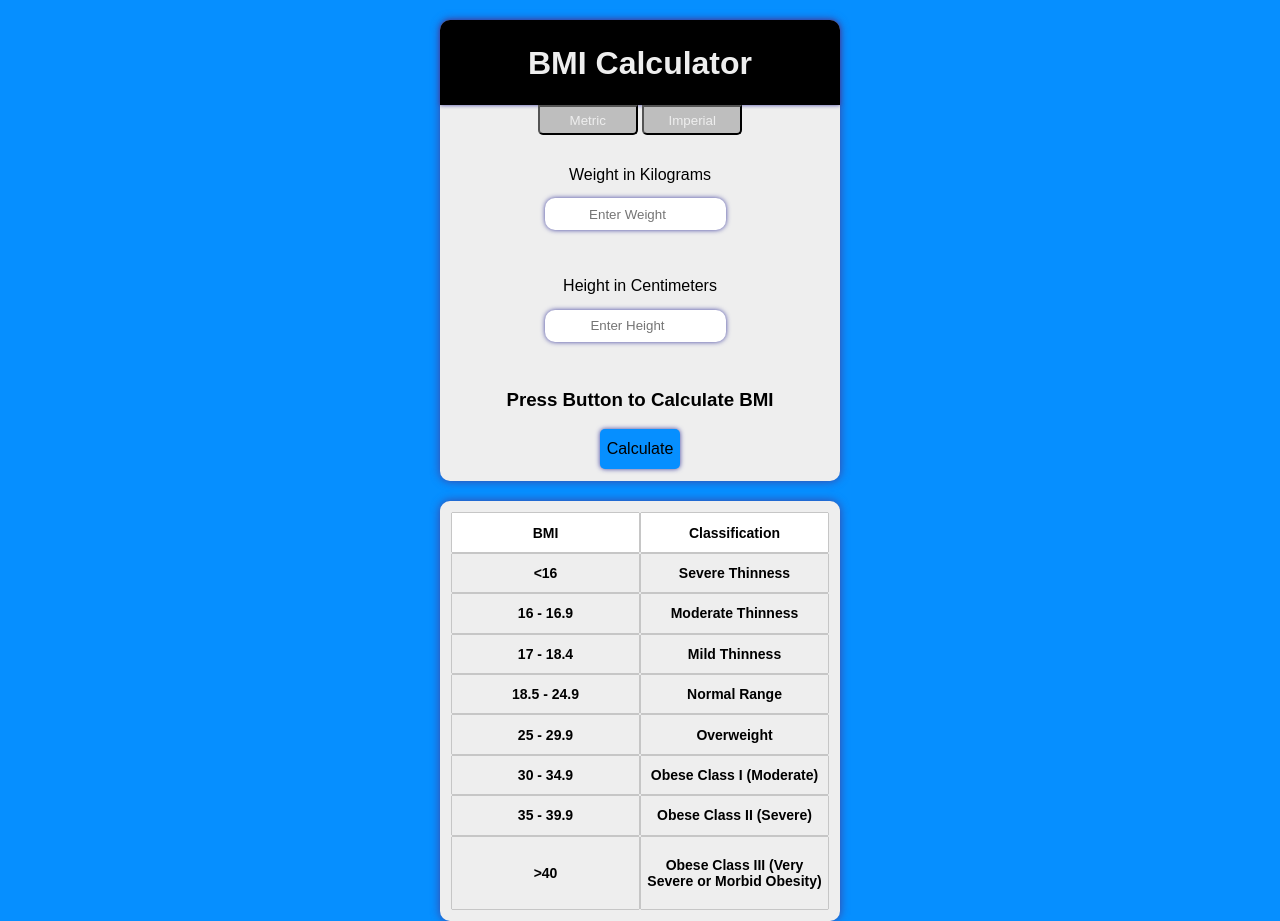
Repository: shayanabedi98/bmi-calculator
Page: index.html
An editor plug-in stored every save of this project. The page is shown before and after the next save, followed by the edit.
The browser window is 1280 px wide. The pictures show the whole page.

Above is the page before, as saved 2023-07-24 20:18:41.

### index.html
<!DOCTYPE html>
<html lang="en">
<head>
    <meta charset="UTF-8">
    <meta name="viewport" content="width=device-width, initial-scale=1.0">
    <title>BMI Calculator</title>
    <link rel="stylesheet" href="styles.css">
</head>
<body>
    <div class="container">
        <div class="card">
            <div class="system">
                <h1>BMI Calculator</h1>
                <button>Metric</button>
                <button>Imperial</button>
            </div>
            <div class="Metric">
                <div class="weight">
                    <label class="weight" for="weight">Weight in Kilograms</label>
                    <input id="kg" type="number" placeholder="Enter Weight">
                </div>
                <div class="height">
                    <label class="height" for="height">Height in Centimeters</label>
                    <input type="number" placeholder="Enter Height" id="cm">
                </div>
                <div class="result">
                    <h3>Press Button to Calculate BMI</h3>
                    <button onclick="calc()" class="calculate">Calculate</button>
                </div>
            </div>
            <div class="imperial">
                <h1>BMI Calculator</h1>
                <div class="weight">
                    <label for="weight"> Weight in Pounds</label>
                    <input type="number" id="lbs">
                </div>
                <div class="height">
                    <label for="height">Height in Feet</label>
                    <input type="number" placeholder="Enter Feet" id="ft">
                    <input type="number" placeholder="Enter Inches" id="in">
                </div>
            </div>
        </div>
        <div class="card chart">
            <div class="bmi-chart">
                <table bgcolor=''>
                    <tr bgcolor="#ffffff" align="center">
                        <th width="100">BMI</th>
                        <th width="100">Classification</th>
                    </tr>
                    <tr bgcolor="EEEEEE">
                        <th>&lt;16</th>
                        <th>Severe Thinness</th>
                    </tr>
                    <tr bgcolor="EEEEEE">
                        <th>16 - 16.9</th>
                        <th>Moderate Thinness</th>
                    </tr>
                    <tr bgcolor="EEEEEE">
                        <th>17 - 18.4</th>
                        <th>Mild Thinness</th>
                    </tr>
                    <tr bgcolor="EEEEEE">
                        <th>18.5 - 24.9</th>
                        <th>Normal Range</th>
                    </tr>
                    <tr bgcolor="EEEEEE">
                        <th>25 - 29.9</th>
                        <th>Overweight</th>
                    </tr>
                    <tr bgcolor="EEEEEE">
                        <th>30 - 34.9</th>
                        <th>Obese Class I (Moderate)</th>
                    </tr>
                    <tr bgcolor="EEEEEE">
                        <th>35 - 39.9</th>
                        <th>Obese Class II (Severe)</th>
                    </tr>
                    <tr bgcolor="EEEEEE">
                        <th>&gt;40</th>
                        <th>Obese Class III (Very Severe or Morbid Obesity)</th>
                    </tr>
                </table>
            </div>
        </div>
    </div>
    <script src="index.js"></script>
</body>
</html>

### styles.css

body {
    background-color: #068FFF;
    font-family: sans-serif;
    text-align: center;
    padding: 0;
    margin: 0;
}

h1 {
    margin-top: 0;
    margin-bottom: 0;
    background-color: #000000;
    color: #EEEEEE;
    border-radius: 10px 10px 0 0;
    height: 60px;
    padding-top: 25px;
    box-shadow: 0 0 4px 0 #4141a0;
}

h2 {
    margin-top: 0;
    margin-bottom: 10px;
}

.container {
    display: inline-block;
}

.card {
    background-color: #EEEEEE;
    width: 400px;
    border-radius: 10px;
    margin-left: auto;
    margin-top: 5%;
    box-shadow: 0 0 10px 0 #4141a0;
}

.chart {
    padding: 10px;
    width: 380px;
}

table {
    width: 100%;
    height: 400px;
    font-size: 14px;
}

th {
    box-shadow: 0 0 1px 0 black;
}

.system button {
    background-color: #bebebe;
    color: #EEEEEE;
    width: 100px;
    height: 30px;
    cursor: pointer;
    border-radius: 0 0 5px 5px;
}

.weight {
    display: block;
    text-align: start;
    padding: 4%;
    text-align: center;
}

.height {
    display: block;
    text-align: start;
    padding: 4%;
    text-align: center;
}

input[type='number'] {
    display: inline-block;
    text-align: center;
    margin-right: 10px;
    height: 30px;
    border-radius: 10px;
    border: none;
    box-shadow: 0 0 5px 0 #4141a0;
}

.imperial {
    visibility: hidden;
    height: 0;
}

.result {
    padding: 3%;
}

.result button {
    background-color: #068FFF;
    height: 40px;
    width: 80px;
    border-radius: 5px;
    border: none;
    box-shadow: 0 0 5px 0 #4141a0;
    cursor: pointer;
    font-size: 16px;
}

### index.js

function calc() {
    var kg = document.querySelector('#kg').value;
    var cm = document.querySelector('#cm').value;
    var lbs = document.querySelector('#lbs').value;
    var ft = document.querySelector('#ft').value;
    var inch = document.querySelector('#in').value;

    var cm2m = cm / 100;

    var result = Math.round(kg / (cm2m * cm2m));

    document.querySelector('.result h3').innerHTML = 'Your BMI is ' + result;

}

After the next save:
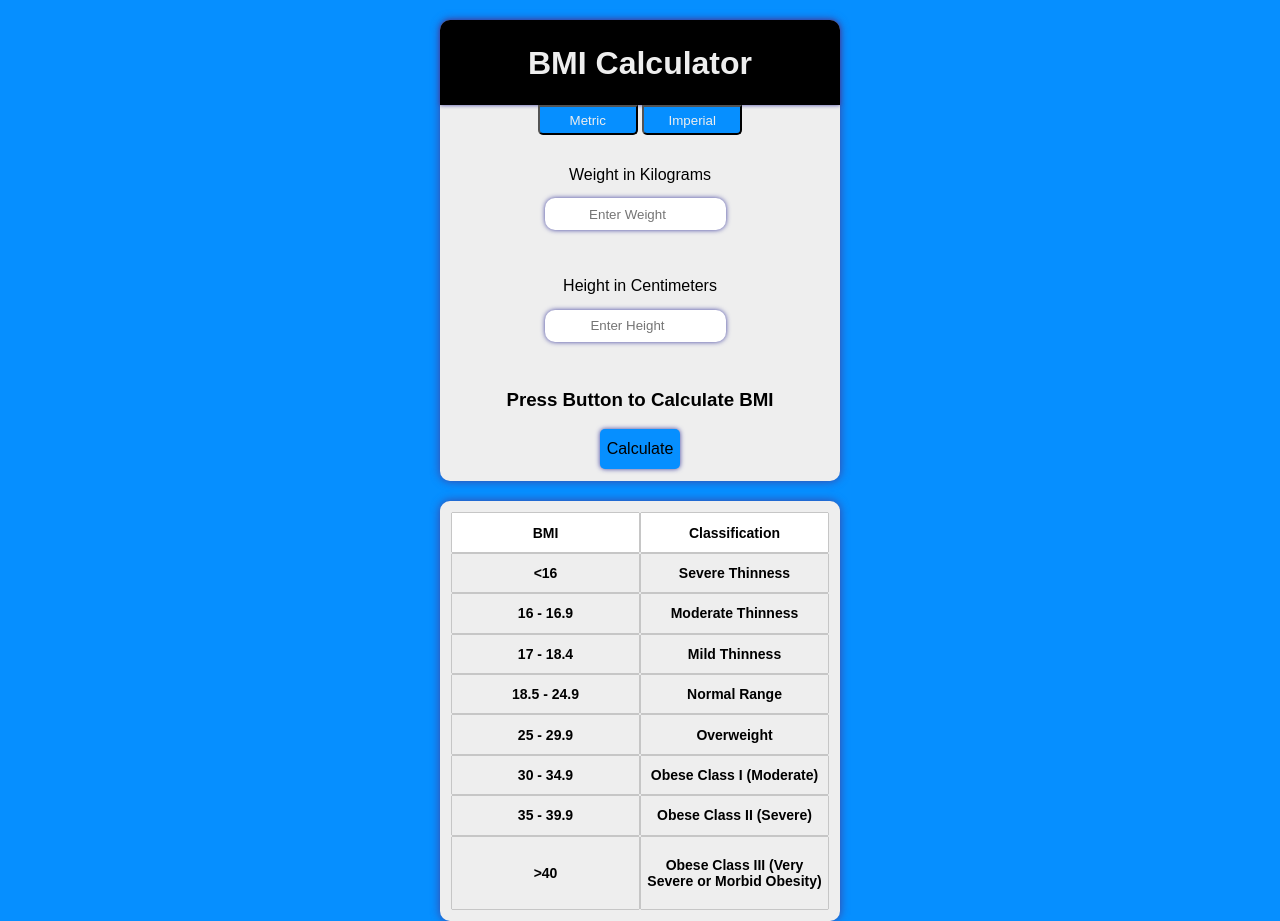
Saved 12 s later.
--- a/styles.css
+++ b/styles.css
@@ -52,7 +52,7 @@ th {
 }
 
 .system button {
-    background-color: #bebebe;
+    background-color: #068FFF;
     color: #EEEEEE;
     width: 100px;
     height: 30px;
